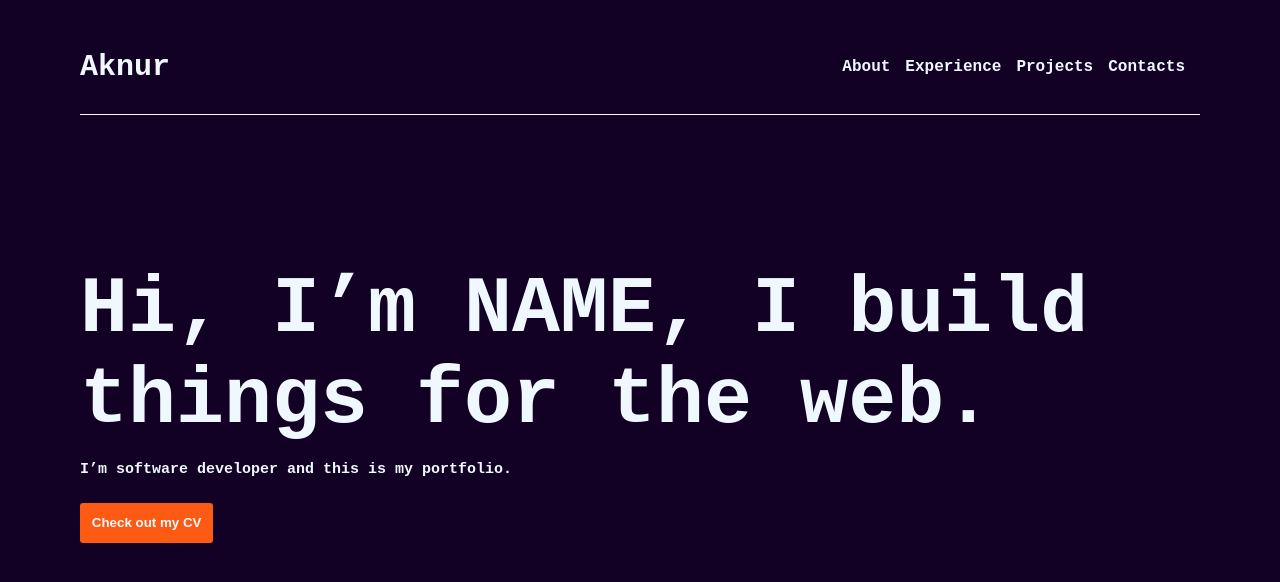
Repository: aknurkappar/nfactorial-portfolio-app-03-03-2022
Page: /
These files come from the project's save history. The page is drawn as it stood at one moment and after the next save; the edit follows.
The browser window is 1280 px wide. The pictures show the whole page.
The project was rebuilt for these pictures with package versions that can differ from the ones it lists, and the page was loaded fresh each time. Also part of the build but not shown: src/App.css.

Above is the page before, as saved 2023-03-03 21:25:06.

After the next save:
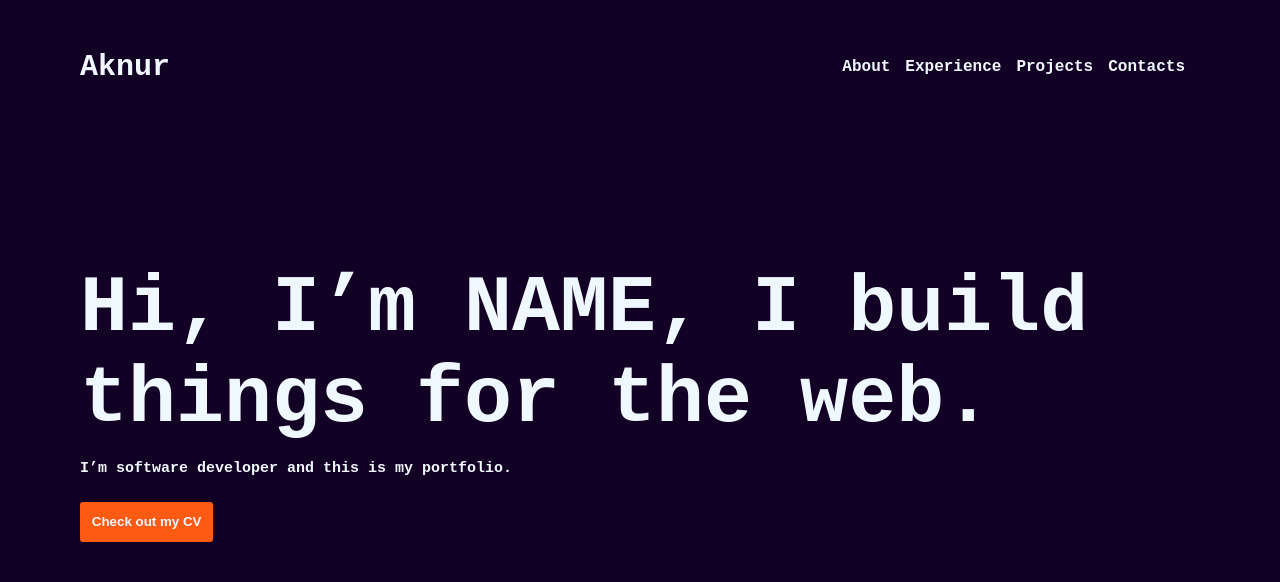
Saved 10 s later.
--- a/src/App.js
+++ b/src/App.js
@@ -6,7 +6,8 @@ function App() {
   return (
     <>
     <Header />
-    <div className="line"></div>
+
+
     <Main />
     </>
 
